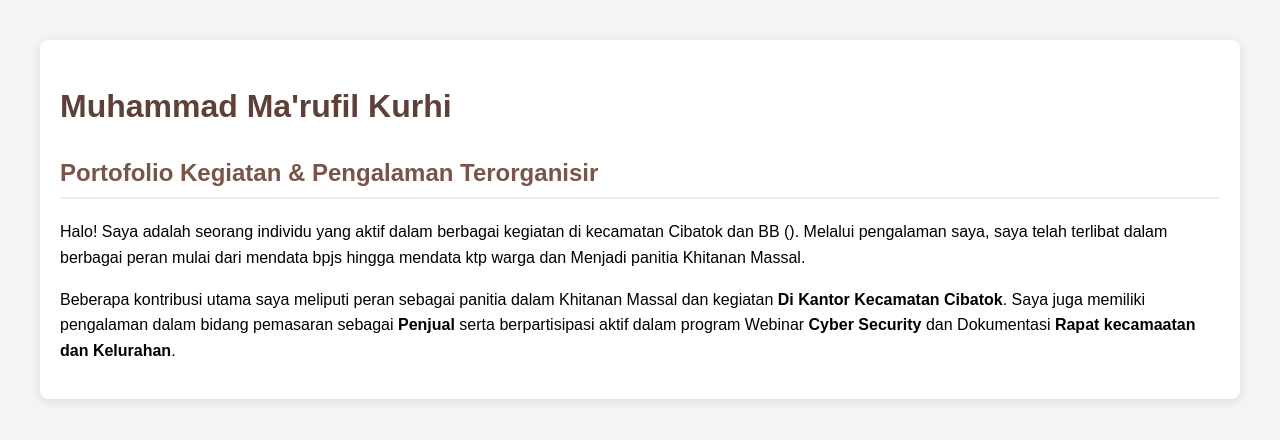
Repository: rufi1126/241552010002-Web-Application-Development
Page: p-2/latihan1.html
The author's editor kept a copy of each file at every save. The page is drawn from the files as they stood at one save, then again after a run of saves.
The browser window is 1280 px wide. The pictures show the whole page.

Above is the page before, as saved 2026-02-27 17:32:09.

### p-2/latihan1.html
<!DOCTYPE html>
<html lang="id">
<head>
    <meta charset="UTF-8">
    <meta name="viewport" content="width=device-width, initial-scale=1.0">
    <title>Portofolio Muhammad Ma'rufil Kurhi</title>
    <style>
        body {
            font-family: Arial, sans-serif;
            line-height: 1.6;
            margin: 40px;
            background-color: #f4f4f4;
        }
        .container {
            background: white;
            padding: 20px;
            border-radius: 8px;
            box-shadow: 0 2px 10px rgba(0,0,0,0.1);
        }
        h1 {
            color: #5d4037;
        }
        h2 {
            color: #795548;
            border-bottom: 2px solid #eee;
            padding-bottom: 5px;
        }
    </style>
</head>
<body>

    <div class="container">
        <h1>Muhammad Ma'rufil Kurhi</h1>
        <h2>Portofolio Kegiatan & Pengalaman Terorganisir</h2>

        <p>
            Halo! Saya adalah seorang individu yang aktif dalam berbagai kegiatan di kecamatan Cibatok dan BB ().
            Melalui pengalaman saya, saya telah terlibat dalam berbagai peran mulai dari mendata bpjs
            hingga mendata ktp warga dan Menjadi panitia Khitanan Massal.
        </p>

        <p>
            Beberapa kontribusi utama saya meliputi peran sebagai panitia dalam Khitanan Massal
            dan kegiatan <strong>Di Kantor Kecamatan Cibatok</strong>. Saya juga memiliki pengalaman dalam bidang pemasaran
            sebagai <strong>Penjual</strong> serta berpartisipasi aktif dalam program Webinar
            <strong>Cyber Security</strong> dan Dokumentasi <strong>Rapat kecamaatan dan Kelurahan</strong>.
        </p>
    </div>

</body>
</html>

After the next 2 saves:
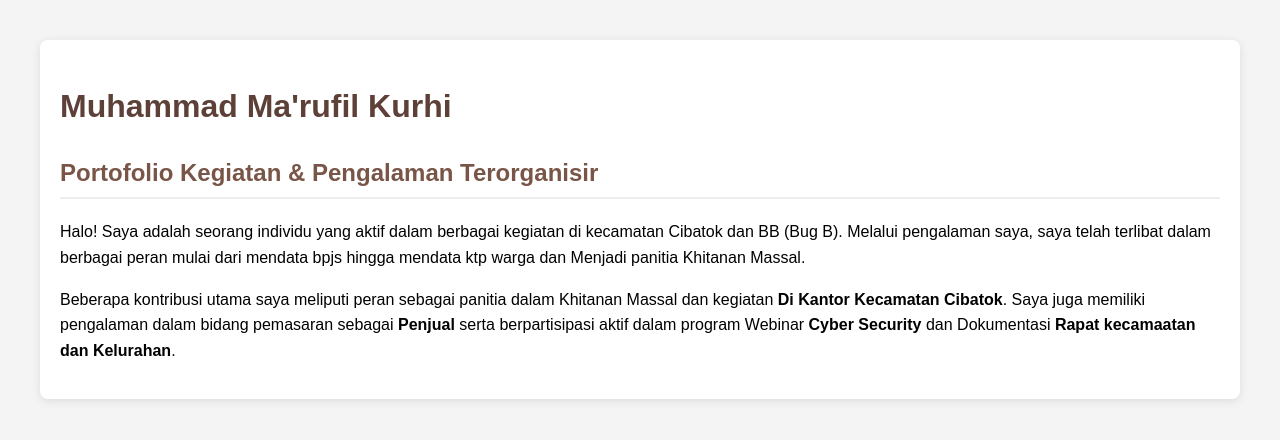
The 2 saves are shown as one change because they came seconds apart.
The last was saved 6 s later.
--- a/p-2/latihan1.html
+++ b/p-2/latihan1.html
@@ -34,7 +34,7 @@
         <h2>Portofolio Kegiatan & Pengalaman Terorganisir</h2>
 
         <p>
-            Halo! Saya adalah seorang individu yang aktif dalam berbagai kegiatan di kecamatan Cibatok dan BB ().
+            Halo! Saya adalah seorang individu yang aktif dalam berbagai kegiatan di kecamatan Cibatok dan BB (Bug B).
             Melalui pengalaman saya, saya telah terlibat dalam berbagai peran mulai dari mendata bpjs
             hingga mendata ktp warga dan Menjadi panitia Khitanan Massal.
         </p>
